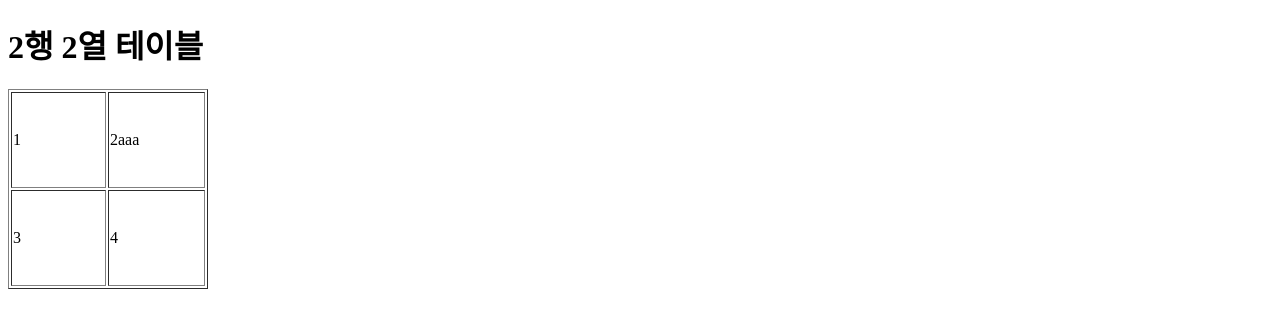
Repository: ssj5037/Class-Study
Page: [5] HTML, CSS, JavaScript/ClientTest/WebContent/Ex14_table.html
An editor plug-in stored every save of this project. The page is shown before and after the next save, followed by the edit.
The browser window is 1280 px wide. The pictures show the whole page.

Above is the page before, as saved 2020-06-19 07:08:17.

### [5] HTML, CSS, JavaScript/ClientTest/WebContent/Ex14_table.html
<!DOCTYPE html>
<html>
<head>
<meta charset="UTF-8">
<title>Insert title here</title>
</head>
<body>
	<!--

		Ex14_table.html

		<table>, 표
		- 표 만들 때 사용
		- 레이아웃 만들 때 사용 -> 잘 안씀 -> <div> + CSS 사용

		1. <table>
			- 큰 상자
			- 전체 컨테이너
		2. <tr>
			- 중간 상자
			- 행 역할
		3. <td>
			- 작은 상자
			- 셀 역할
			- 테이블의 데이터는 <td>가 가진다.

	 -->

	 <h1>2행 2열 테이블</h1>

	 <table border="1" width="200" height="200">
	 	<tr>
	 		<td width="100">1</td>
	 		<td width="100">2aaa</td>
	 	</tr>
	 	<tr>
	 		<td>3</td>
	 		<td>4</td>
	 	</tr>
	 </table>

</body>
</html>

After the next save:
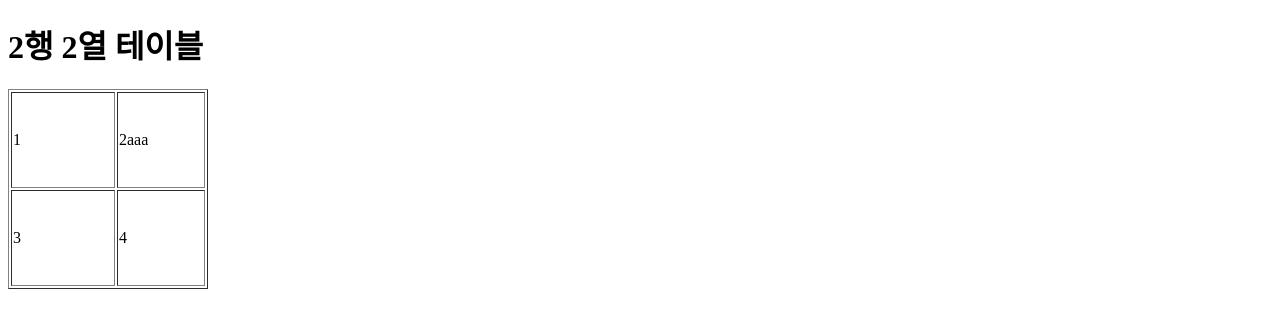
Saved 4 min 19 s later.
--- a/[5] HTML, CSS, JavaScript/ClientTest/WebContent/Ex14_table.html
+++ b/[5] HTML, CSS, JavaScript/ClientTest/WebContent/Ex14_table.html
@@ -31,7 +31,7 @@
 	 <table border="1" width="200" height="200">
 	 	<tr>
 	 		<td width="100">1</td>
-	 		<td width="100">2aaa</td>
+	 		<td>2aaa</td>
 	 	</tr>
 	 	<tr>
 	 		<td>3</td>
